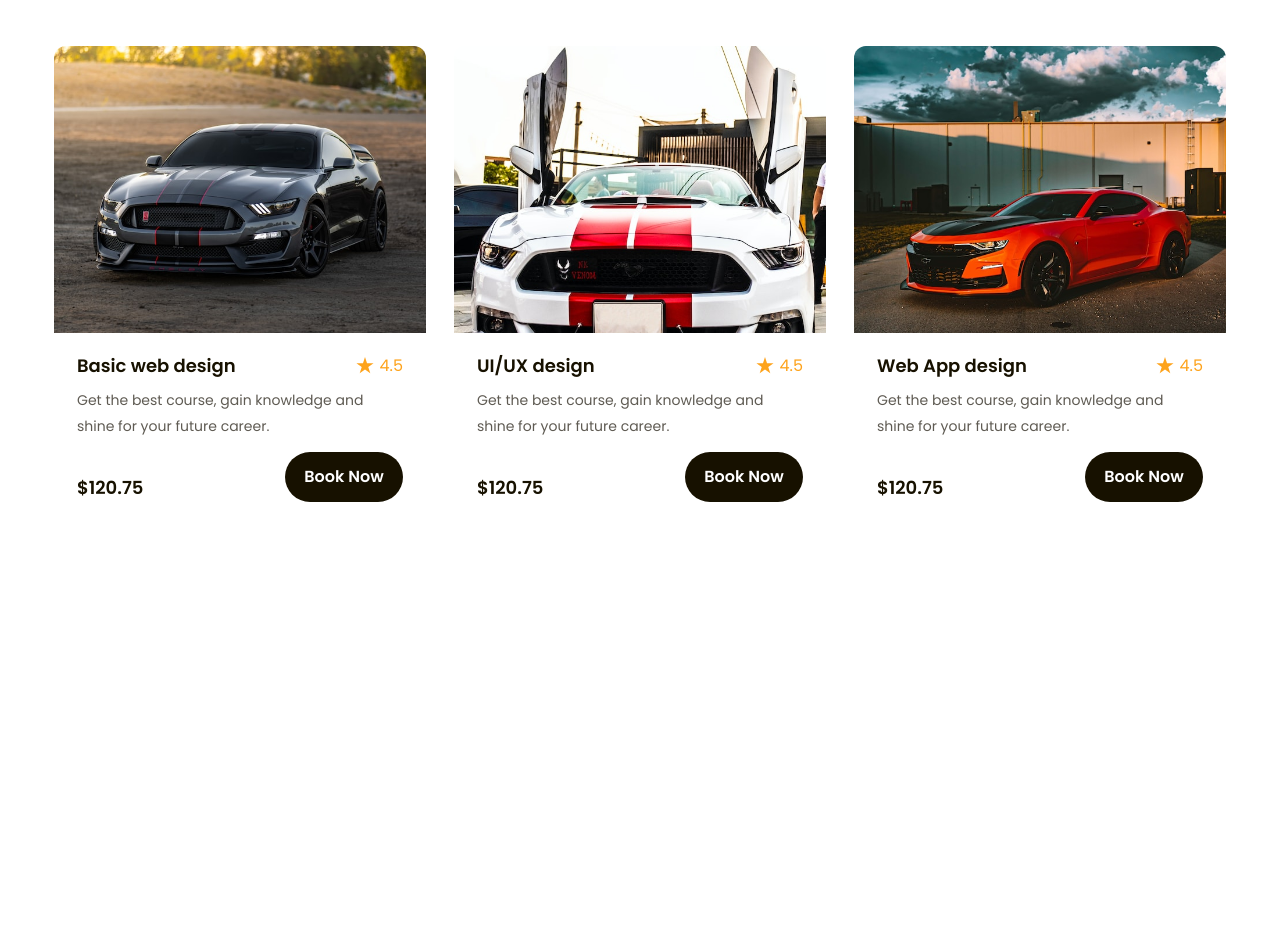
Repository: dongnguyen2112/htmlcss-project-02
Page: index.html
These files come from the project's save history. The page is drawn as it stood at one moment and after the next save; the edit follows.
The browser window is 1280 px wide. The pictures show the part of the page from y = 1232 to 2184 px (the page is 5000 px tall).
A picture or video elsewhere on the page could not be fetched, so the positions and the page height are approximate.

Above is the page before, as saved 2023-07-06 13:38:20.

After the next save:
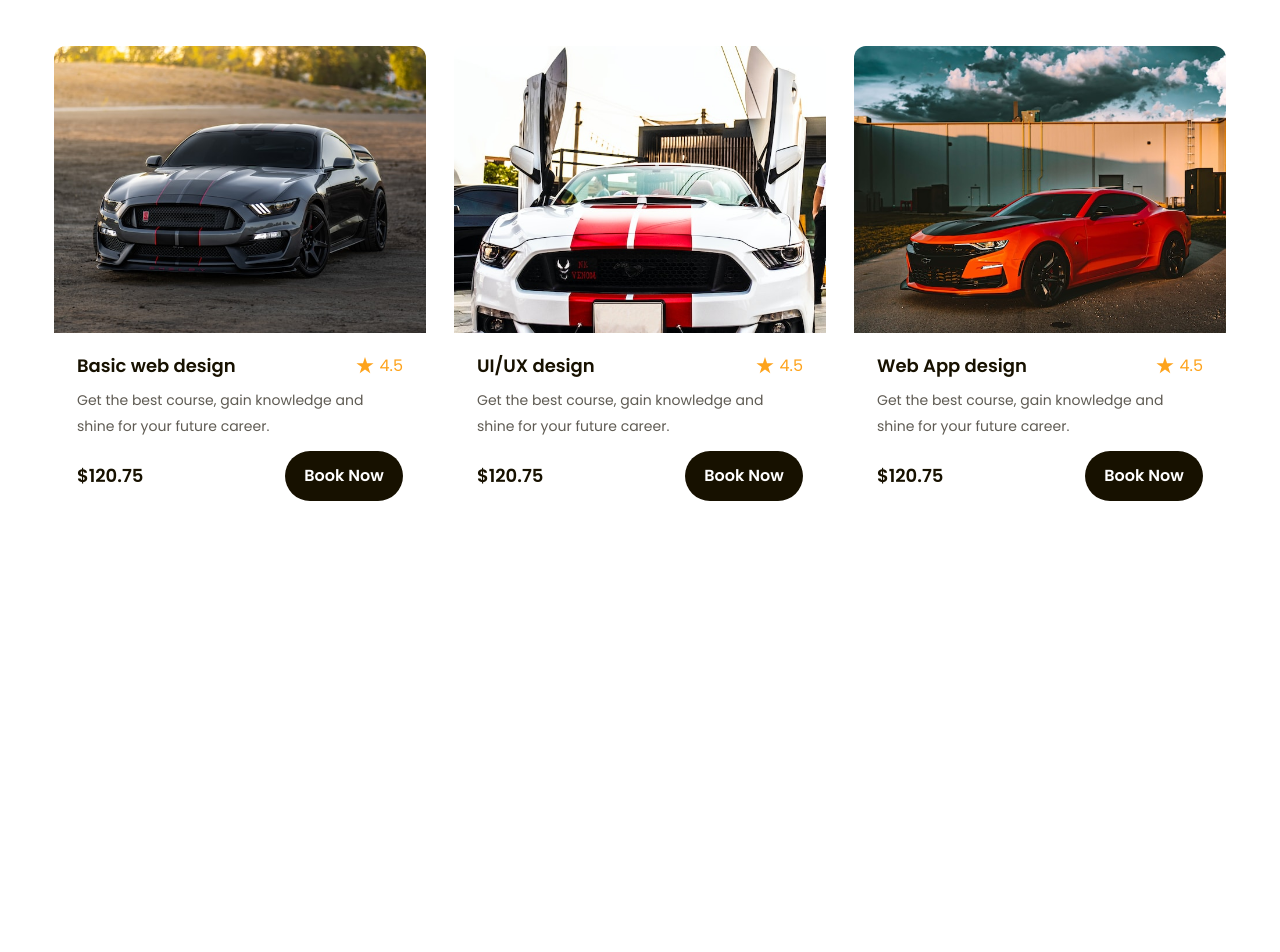
Saved 2 min 44 s later.
--- a/assets/css/styles.css
+++ b/assets/css/styles.css
@@ -287,5 +287,5 @@
     font-size: 1.8rem;
     font-weight: 600;
     line-height: 1.67;
-    margin-top: 22px;
-}
+    /* margin-top: 22px; */
+}
